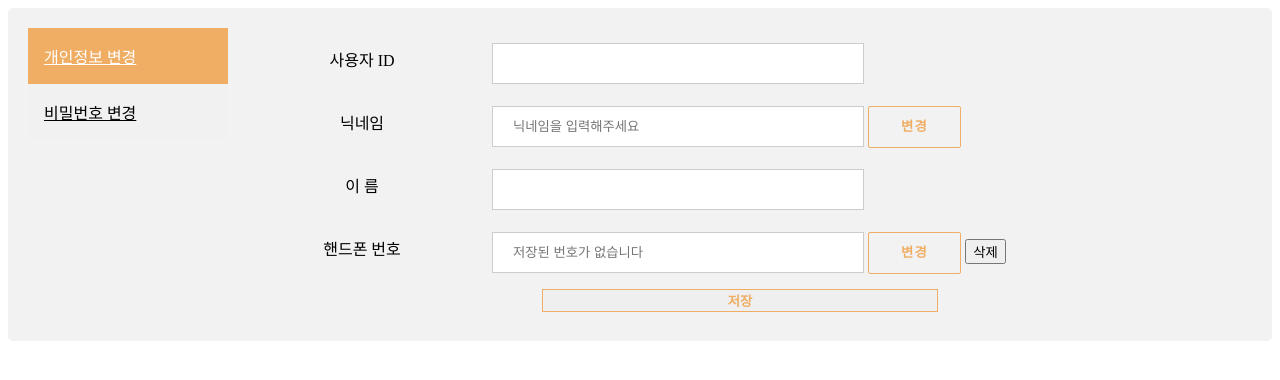
Repository: kdw0937/UdongProject
Page: http://localhost/matjib2/jsp/pwd.jsp
These files come from the project's save history. The page is drawn as it stood at one moment and after the next save; the edit follows.
The browser window is 1280 px wide. The pictures show the whole page.
The page is served by Tomcat 9.

Above is the page before, as saved 2021-01-21 16:27:45.

After the next save:
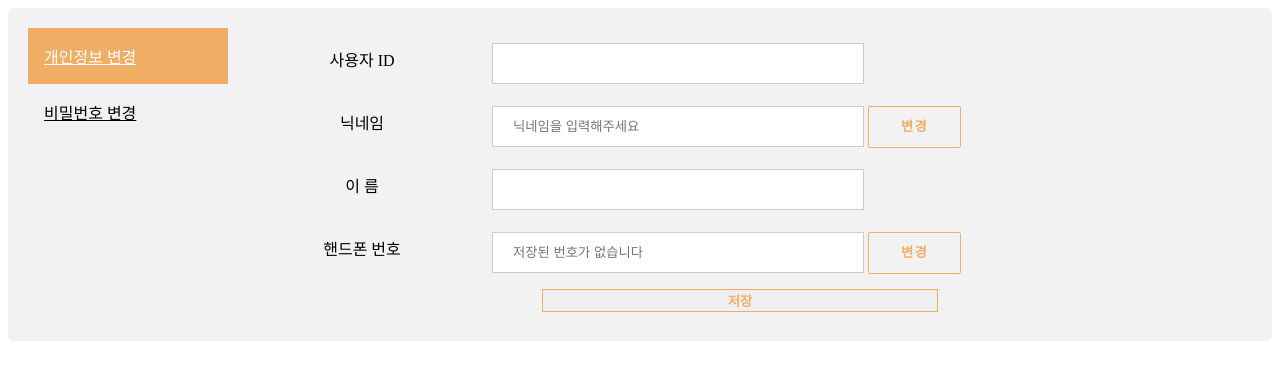
Saved 36 s later.
--- a/matjib2/src/main/webapp/jsp/pwd.jsp
+++ b/matjib2/src/main/webapp/jsp/pwd.jsp
@@ -65,7 +65,6 @@
 				 <input	type="text" id="ph" name="phone" placeholder="저장된 번호가 없습니다"
 						value="${USER.phone }"> <input class="btn"
 						onclick="phoneCheck()" type="button" value="변경" />
-						<button class="btn">삭제</button>
 			</div>
 		</div>
 			<div class="store_bottom">
